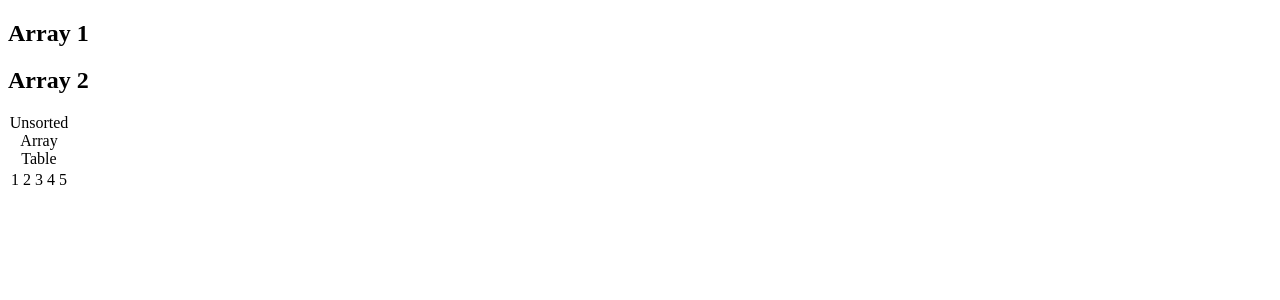
Repository: mlmEFSC21/P16-Sorting-Integers
Page: sort.html
The author's editor kept a copy of each file at every save. The page is drawn from the files as they stood at one save, then again after the next save.
The browser window is 1280 px wide. The pictures show the whole page.

Above is the page before, as saved 2022-03-24 17:22:05.

After the next save:
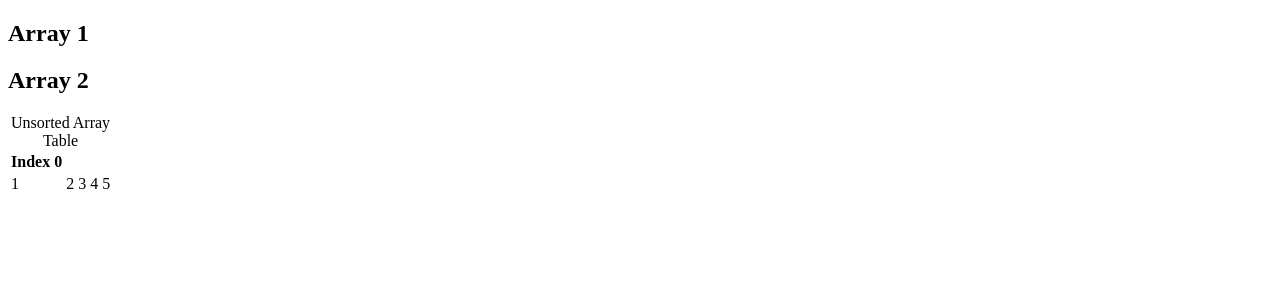
Saved 18 s later.
--- a/sort.html
+++ b/sort.html
@@ -17,7 +17,9 @@
                     <caption>
                         Unsorted Array Table
                     </caption>
-                    <thead></thead>
+                    <thead>
+                        <th>Index 0</th>
+                    </thead>
                     <tbody>
                         <tr>
                             <td>1</td>
